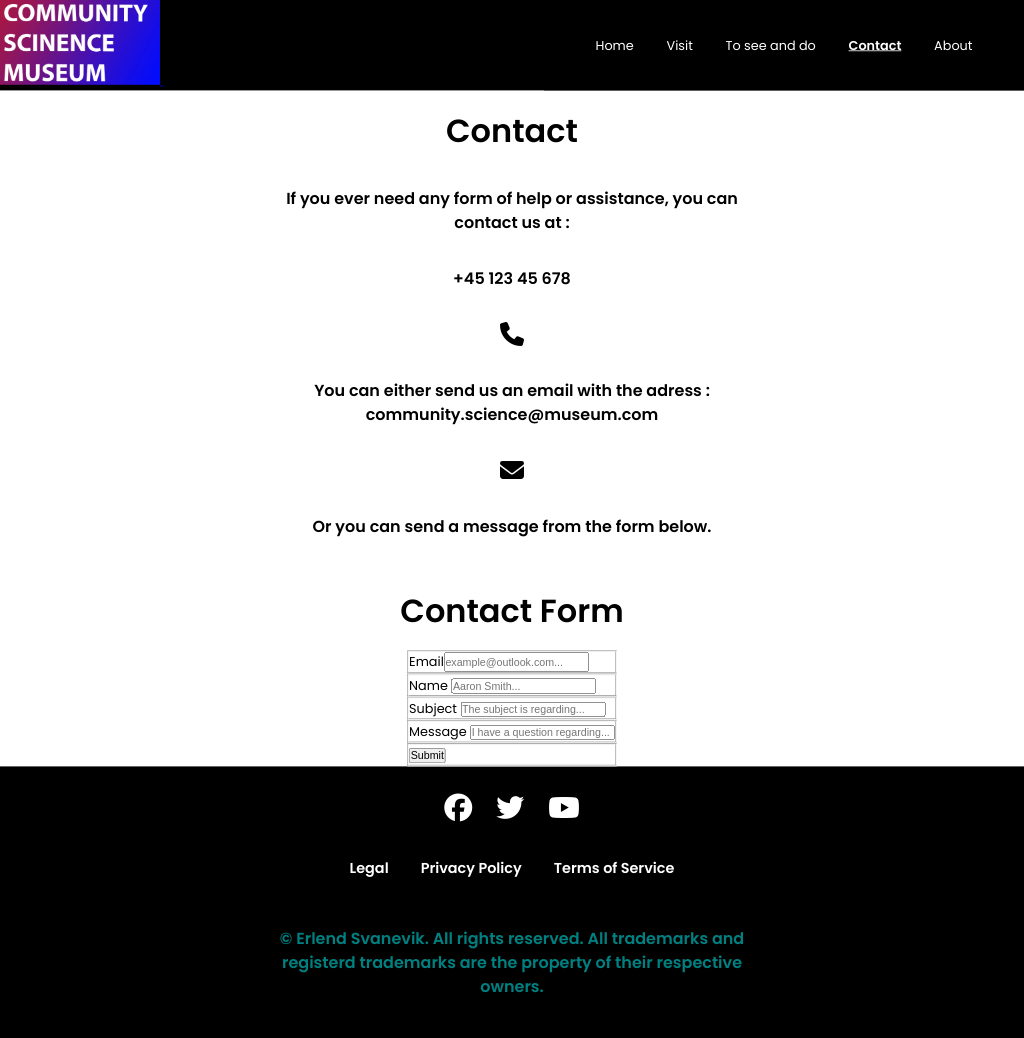
Repository: EpleWasTaken/Semester-Project
Page: contact.html
An editor plug-in stored every save of this project. The page is shown before and after the next save, followed by the edit.
The browser window is 1280 px wide. The pictures show the whole page, at 80% of full size.
Some web libraries are served in a nearby version.

Above is the page before, as saved 2020-12-11 22:09:40.

### contact.html
<!DOCTYPE html>
<html lang="en">
<head>
    <meta charset="UTF-8">
    <meta name="viewport" content="width=device-width, initial-scale=1.0">
    <meta name="keywords" content="museum, science museum, community museum">
    <meta name="author" content="Erlend Molvik Svanevik">
    <title>CMS Contact</title>

    <link rel="preconnect" href="https://fonts.gstatic.com">
    <link href="https://fonts.googleapis.com/css2?family=Poppins:ital,wght@0,100;0,200;0,300;0,400;0,500;0,600;1,100;1,200;1,300;1,400;1,500;1,600&display=swap" rel="stylesheet">
    <link rel="stylesheet" href="./css/styles.css">
    <link rel="stylesheet" href="./css/footer.css">
    <link rel="stylesheet" href="/css/hamburger.css">
    <script src="https://kit.fontawesome.com/cafca22d75.js" crossorigin="anonymous"></script>
</head>


<!--NAVIGAION, LOGO AND SEARCH BAR-->


<body>
    <header>
        <a href="index.html" aria-label="Go to frontpage">
            <img src="/Images/CommunityScienceMuseum.jpg" class="logo" alt="Community Science Museum logo">
        </a>
        <label class="hamburger-label" for="hamburger-menu" aria-label="Hamburger menu for navigation"><i class="fas fa-bars fa-2x"></i></label>
        <input type="checkbox" id="hamburger-menu">
        <nav>
            <ul class="nav">
                <li><a href="index.html" aria-label="Go to home page">Home</a></li>
                <li><a href="visit.html" aria-label="Go to the visit page">Visit</a></li>
                <li><a href="to-see-and-do.html" aria-label="Go to: To see and do">To see and do</a></li>
                <li><a href="contact.html" aria-label="Go to the contact page" class="active">Contact</a></li>
                <li><a href="about.html" aria-label="Go to the about page">About</a></li>
            </ul>
        </nav>
    </header>


<!---->

<main>
    <div class="contact-page">
        <div class="contact-items">
            <h2>Contact</h2>
            <p>If you ever need any form of help or assistance, you can contact us at :</p>
        </div>
        <div>
            <p>+45 123 45 678</p>
            <a href="#0" class="phone"><a class="fas fa-phone"></a>
        </div>
        <div>
            <p>You can either send us an email with the adress : community.science@museum.com</p>
            <a href="#0" class="mail"><a class="fas fa-envelope"></a>
            <p>Or you can send a message from the form below.</p>
        </div>
    </div>
    <div>
        <section class="contact-container">
            <section class="contact-form">
                <h2>Contact Form</h2>
                <form action="submit.php" method="GET">
                    <fieldset class="email">
                        <label for="email">Email</label>
                        <input type="email" name="email" placeholder="example@outlook.com...">
                    </fieldset>
                    <fieldset class="name">
                        <label for="name">Name</label>
                        <input type="text" name="name" placeholder="Aaron Smith...">
                    </fieldset>
                    <fieldset class="subject">
                        <label for="subject">Subject</label>
                        <input type="subject" name="subject" placeholder="The subject is regarding...">
                    </fieldset>
                    <fieldset class="message">
                        <label for="message">Message</label>
                        <input type="text" name="message" placeholder="I have a question regarding...">
                    </fieldset>
                    <fieldset class="submit">
                        <button class="btn-submit">Submit</button>
                    </fieldset>
                </form>
            </section>
        </section>
    </div>
</main>





    <footer class="footer">
        <div class="footer-container">
            <ul class="footer-social">
                <li>
                    <a href="#0" class="facebook"><i class="fab fa-facebook"></i></a>
                </li>
                <li>
                    <a href="#0" class="twitter"><i class="fab fa-twitter"></i></a>
                </li>
                <li>
                    <a href="#0" class="youtube"><i class="fab fa-youtube"></i></a>
                </li>
            </ul>
        </div>
        <div class="footer-container">
            <div class="footer-legal">
                <a href="#0">Legal</a>
                <a href="#0">Privacy Policy</a>
                <a href="#0">Terms of Service</a>
            </div>
            <div class="footer-copyright">
                <p>&copy; Erlend Svanevik. All rights reserved. All trademarks and registerd trademarks are the property of
                   their respective owners.</p>
            </div>
        </div>
    </footer>
</body>
</html>

### css/styles.css
* {
	margin: 0px;
	padding: 0px;
	box-sizing: border-box;
}

body {
	font-family: 'poppins', sans-serif;
	background: white;
}

nav {
	background-color: black;
}

header {
	background: black;
	min-height: ;
}

.logo {
	max-width: 100px;
}

a.fas.fa-phone,
a.fas.fa-envelope {
	display: flex;
	justify-content: center;
	align-items: center;
	font-size: 30px;
}

.contact-form {
	display: flex;
	flex-direction: column;
	justify-content: center;
	align-items: center;
	margin: auto;
}

.email {
	display: flex;
}

/* NAVIGATION/HAMBURGER MENU/CLICKEBLE
-------------------------------------------*/

/*PICTURES
-----------------------------------------------*/

.homepic,
.space,
.mammoth,
.people,
.science,
.ant {
	width: auto;
	max-width: 100%;
	height: auto;
	margin-bottom: 3vh;
}

/*TEXT/FONT/TEXT ALIGNMENY
--------------------------------------------------*/

h1 {
	display: flex;
	align-items: center;
	justify-content: center;
	margin-left: auto;
	margin-right: auto;
	font-weight: 600;
	font-size: 30px;
	margin: 40px;
	text-align: center;
}

h2 {
	display: flex;
	align-items: center;
	justify-content: center;
	margin-left: auto;
	margin-right: auto;
	font-weight: 600;
	font-size: 25px;
	margin: 40px;
	text-align: center;
}

h3 {
	display: flex;
	align-items: center;
	justify-content: center;
	font-weight: 600;
	font-size: 20px;
	margin: 40px;
	text-align: center;
}

p {
	display: flex;
	align-items: center;
	justify-content: center;
	font-weight: 600;
	font-size: 15px;
	margin: 40px;
	max-width: 70%;
	margin-left: auto;
	margin-right: auto;
	text-align: center;
}

.open-hours p {
	margin: 20px;
	margin-left: auto;
	margin-right: auto;
	align-items: center;
	justify-content: center;
	text-align: center;
}

.contact-container {
	display: flex;
	flex-direction: row;
	align-items: center;
}

.mail {
	display: flex;
	justify-content: center;
	align-items: center;
}

/* GRID Container */
.visit {
	display: flexbox;
	flex-direction: column;
}

@media screen and (min-width: 1024px) {
	body {
		font-family: 'poppins', sans-serif;
		font-weight: 400;
	}

	.logo {
		max-width: 200px;
	}

	.homepic {
		display: flex;
		flex-direction: column;
		justify-content: center;
		align-items: center;
		max-width: 1664px;
		margin-left: auto;
		margin-right: auto;
	}

	h1,
	h2,
	h3,
	p {
		display: flex;
		align-items: center;
		justify-content: center;
	}

	h1 {
		font-size: 60px;
		margin: 40px;
	}

	h2 {
		font-size: 40px;
		margin: 20px;
	}

	h3 {
		font-size: 30px;
		margin: 15px;
	}

	p {
		font-size: 20px;
		margin: 40px;
		max-width: 50%;
		margin-left: auto;
		margin-right: auto;
	}

	.space,
	.mammoth,
	.people,
	.science,
	.ant {
		display: flex;
		left: 0;
		right: 0;
		max-width: 800px;
		justify-content: center;
		align-items: center;
		margin: auto;
		padding: 4vh;
	}
}

### css/footer.css
/* FOOTER */

* {
	padding: 0;
	margin: 0;
	box-sizing: border-box;
}

footer {
	display: flex;
	flex-direction: column;
	justify-content: center;
	align-items: center;
	background-color: black;
	font-family: 'Poppins', sans-serif;
	font-weight: 600;
	padding: 10px;
}

.footer-container {
	display: flex;
	flex-direction: column;
	justify-content: center;
	align-items: center;
}

.footer-social {
	font-size: 35px;
}

.footer-social li a {
	color: white;
}

.footer-legal {
	display: flex;
	flex-direction: column;
	text-decoration: none;
	align-items: center;
	justify-content: center;
	font-size: 20px;
}

.footer-legal a {
	display: flex;
	text-decoration: none;
	flex-direction: row;
	padding: 15px;
}

.footer-social li a.facebook:hover {
	color: #3b5998;
}

.footer-social li a.twitter:hover {
	color: #00acee;
}

.footer-social li a.youtube:hover {
	color: #c4302b;
}

.footer-legal a {
	color: white;
}

.footer-legal a:hover {
	color: #008080;
}

.footer-copyright {
	display: flex;
	flex-direction: column;
	text-decoration: none;
	justify-content: center;
	align-items: center;
	text-align: center;
	font-size: 14px;
	color: #008080;
}

ul {
	list-style: none;
}

@media screen and (min-width: 1024px) {
	.footer-legal {
		display: flex;
		flex-direction: row;
		justify-content: center;
		align-items: center;
		font-size: 18px;
	}

	.footer-legal a {
		display: flex;
		flex-direction: row;
		justify-content: center;
		align-items: center;
		padding: 20px;
	}

	.footer-social {
		display: flex;
		flex-direction: row;
		justify-content: center;
		align-items: center;
		text-decoration: none;
	}

	.footer-container {
		text-decoration: none;
	}

	.footer-social li {
		display: flex;
		flex-direction: row;
		text-decoration: none;
		margin: 15px;
	}
}

### css/hamburger.css
* {
	margin: 0px;
	padding: 0px;
	box-sizing: border-box;
}

nav,
#hamburger-menu {
	display: none;
	z-index: 1;
}

nav ul {
	padding: 0px;
}

nav li {
	display: block;
}

nav a {
	text-decoration: none;
	color: white;
	display: block;
	justify-content: center;
	align-items: center;
}

.nav {
	display: block;
	position: absolute;
	justify-content: space-between;
	padding: ;
	right: 0;
	top: 5;
	height: 100%;
	width: 100%;
	background-color: blue;
	text-align: center;
}

.hamburger-label {
	color: #fff;
	padding: 10px;
	font: 1.5em;
	display: block;
	position: absolute;
	right: 0;
	top: 0px;
}

.active {
	font-weight: 600;
	text-decoration: underline;
}

#hamburger-menu:checked ~ nav {
	display: flex;
}

@media screen and (min-width: 1024px) {
	nav {
		display: inline-block;
	}

	.active {
		font-weight: 600;
		text-decoration: underline;
	}

	.hamburger-label {
		display: none;
	}

	nav ul {
		padding: 0px;
		color: #fff;
		font: 1.5em;
		display: flex;
		position: absolute;
		right: 0;
		top: 0px;
		min-width: 600px;
		align-items: center;
		padding: 44px;
	}

	nav li {
		display: block;
	}

	nav a {
		text-decoration: none;
		color: white;
		display: block;
	}

	.nav {
		display: flex;
		justify-content: space-around;
		text-decoration: none;
		background-color: black;
		height: auto;
		width: auto;
		margin: auto;
	}
}

After the next save:
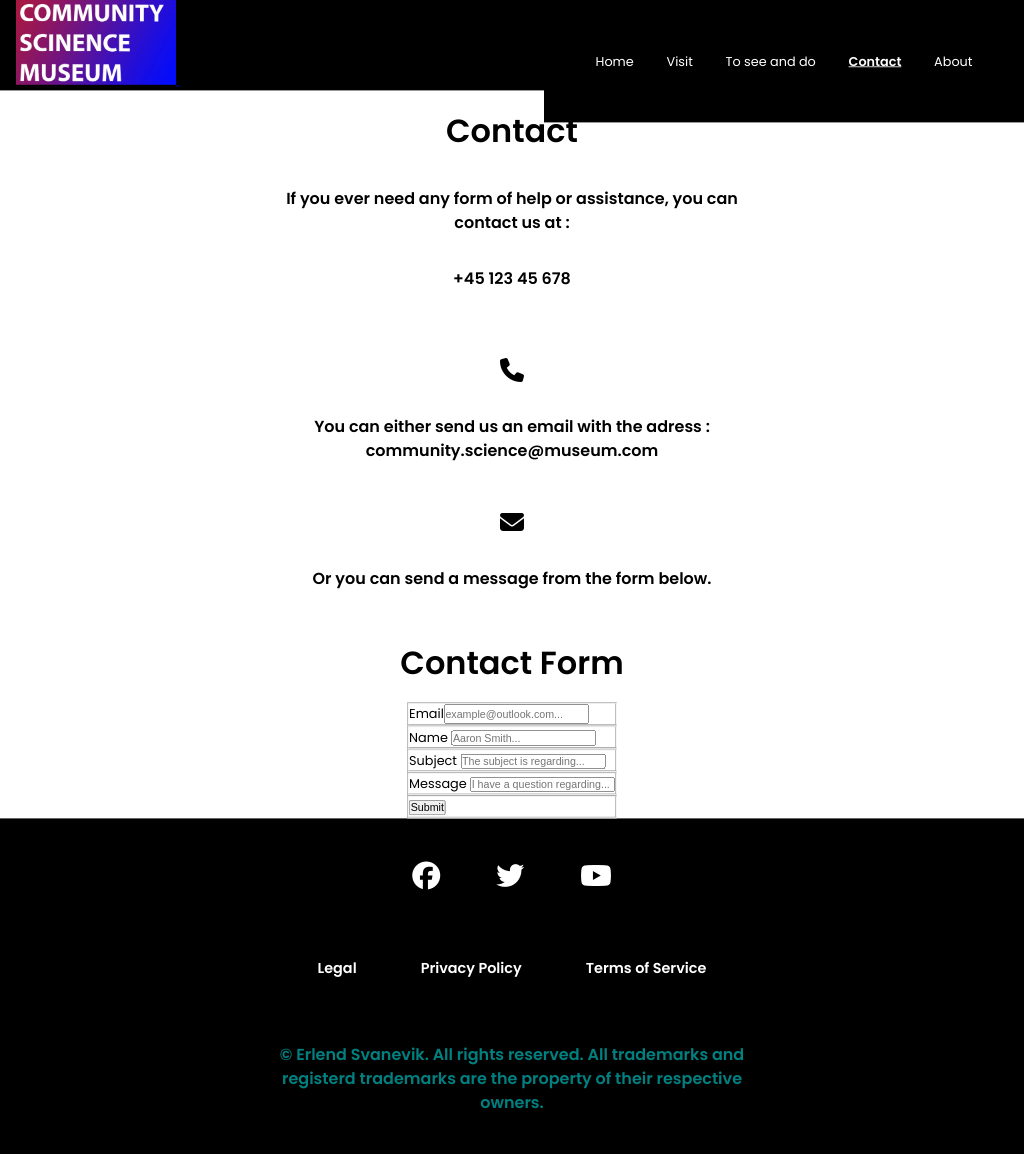
Saved 26 s later.
--- a/css/hamburger.css
+++ b/css/hamburger.css
@@ -24,6 +24,10 @@ nav a {
 	display: block;
 	justify-content: center;
 	align-items: center;
+}
+
+a {
+	margin: 20px;
 }
 
 .nav {

After the save that followed:
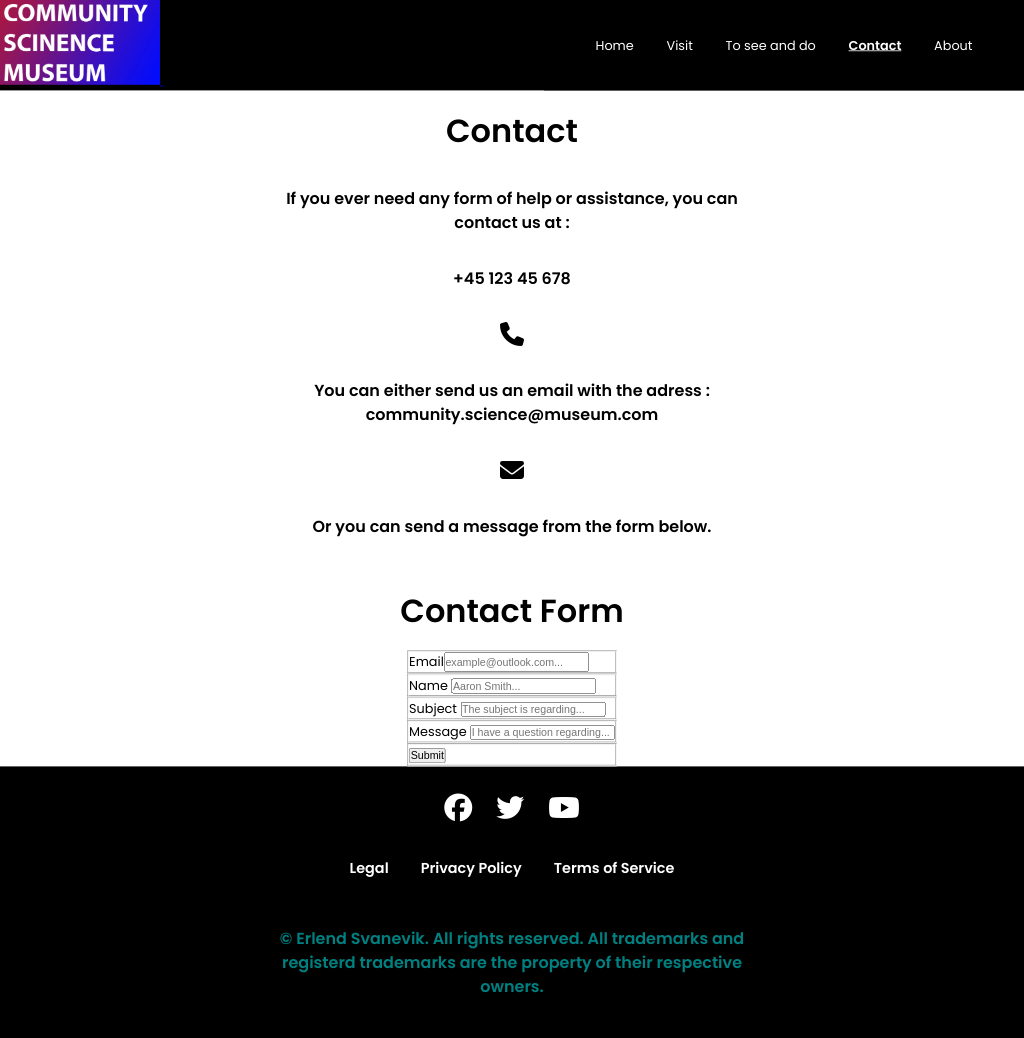
Saved 13 s later.
--- a/css/hamburger.css
+++ b/css/hamburger.css
@@ -27,8 +27,8 @@ nav a {
 }
 
 a {
-	margin: 20px;
 }
+	m;
 
 .nav {
 	display: block;
